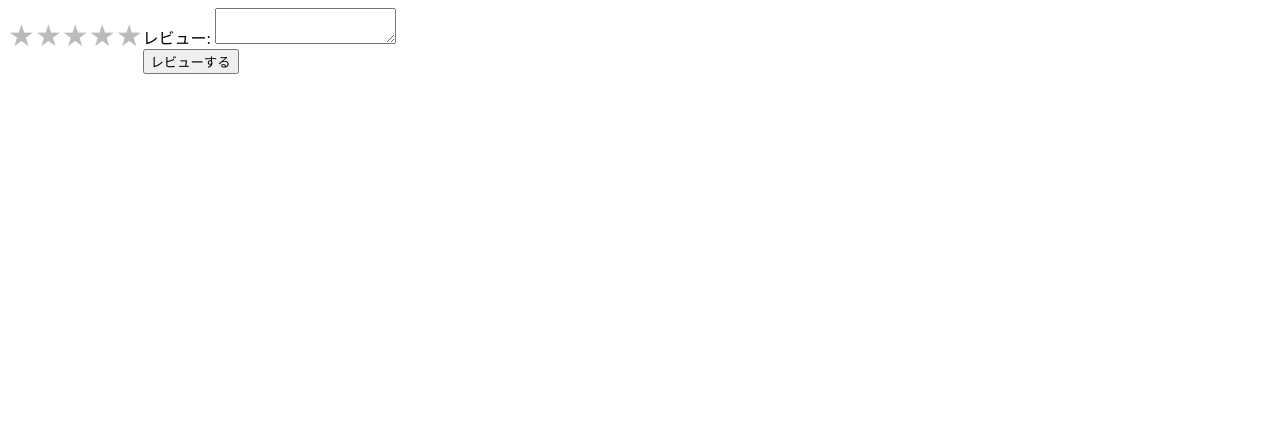
Repository: a4b3c2d1/backup
Page: http://localhost/sagaone-master/reviewChange.jsp
The author's editor kept a copy of each file at every save. The page is drawn from the files as they stood at one save, then again after the next save.
The browser window is 1280 px wide. The pictures show the whole page.
The page is served by Tomcat 9. Other server files are loaded and not shown.

Above is the page before, as saved 2018-01-21 09:44:23.

### sagaone-master/WebContent/reviewChange.jsp
<%@ page language="java" contentType="text/html; charset=UTF-8"
	pageEncoding="UTF-8"%>
<%@ taglib prefix="s" uri="/struts-tags"%>
<!DOCTYPE html PUBLIC "-//W3C//DTD HTML 4.01 Transitional//EN" "http://www.w3.org/TR/html4/loose.dtd">
<html>
<head>
<meta http-equiv="Content-Type" content="text/html; charset=UTF-8">
<meta http-equiv="Content-Style-Type" content="text/css" />
<title>レビュー変更</title>
</head>
<style type="text/css">
.hyouka {
	float: left;
	display: -ms-flex;
	display: -webkit-flex;
	display: -moz-flex;
	display: -o-flex;
	display: flex;
	flex-direction: -ms-row-reverse;
	flex-direction: -webkit-row-reverse;
	flex-direction: -moz-row-reverse;
	flex-direction: -o-row-reverse;
	flex-direction: row-reverse;
	justify-content: -ms-right;
	justify-content: -webkit-right;
	justify-content: -moz-right;
	justify-content: -o-right;
	justify-content: right;
}

.hyouka input[type='radio'] {
	display: none;
}

.hyouka input[type='radio'] {
	display: none;
}

.hyouka label {
	position: relative;
	padding: 10px 0px 20px 0px;
	color: #bbb;
	cursor: pointer;
	font-size: 30px;
}

.hyouka label:hover, .hyouka label:hover ~ label, .hyouka input[type='radio']:checked
	 ~ label {
	color: #faee2e;
}
</style>
<body>
	<s:if test="reviewErrormessage !=''">
		<s:property value="reviewErrormessage" escape="false" />

	</s:if>
	<s:form action="ReviewChangeConfirmAction">


		<div class="hyouka">

			<input id="hoshi1" type="radio" name="value" value="5" /> <label
				for="hoshi1">★</label> <input id="hoshi2" type="radio" name="value"
				value="4" /> <label for="hoshi2">★</label> <input id="hoshi3"
				type="radio" name="value" value="3" /> <label for="hoshi3">★</label>
			<input id="hoshi4" type="radio" name="value" value="2" /> <label
				for="hoshi4">★</label> <input id="hoshi5" type="radio" name="value"
				value="1" /> <label for="hoshi5">★</label> <input type="radio"
				name="value" value="" checked="checked" style="display: none;" />
		</div>
	レビュー:
	<s:textarea name="review" />
		<br>
		<s:submit value="レビューする" />
	</s:form>
	<s:iterator value="#session.itemdetailDTOList">
		<s:form action="ReviewAction">

				<input type="hidden" name="product_id"
					value="<s:property value='session.review_product_id' />"></input>
				<input type="hidden" name="category_id"
					value="<s:property value='session.review_category_id' />"></input>
				<s:submit value="戻る"></s:submit>

		</s:form>
	</s:iterator>
</body>
</html>

After the next save:
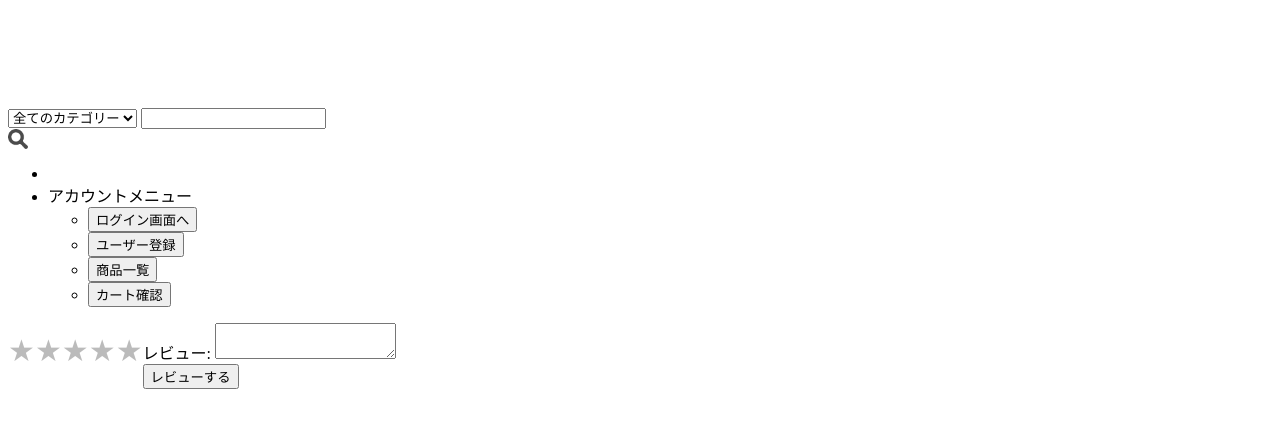
Saved 61 s later.
--- a/sagaone-master/WebContent/reviewChange.jsp
+++ b/sagaone-master/WebContent/reviewChange.jsp
@@ -50,6 +50,90 @@
 }
 </style>
 <body>
+	<header>
+
+	<div id="main-logo">
+		<img src="./css/sagaone_logo.png" height="100px">
+	</div>
+
+	<div id="search-form">
+
+		<s:form action="SearchItemAction">
+			<div id="search-box">
+				<select name="itemCategory" id="category">
+					<option value="0">全てのカテゴリー</option>
+					<option value="1">本</option>
+					<option value="2">家電・パソコン</option>
+					<option value="3">おもちゃ・ゲーム</option>
+				</select> <input type="text" name="searchWord" id="search" />
+			</div>
+			<div class="search-btn">
+				<input type="image" src="./css/searchIcon.png" width="20"
+					height="20" class="icon" />
+			</div>
+		</s:form>
+	</div>
+
+	<div id="header-container">
+
+		<ul id="normal" class="dropmenu">
+
+			<li><s:if test="session.loginUserId != null">
+					<s:property value="#session.loginUserId" />でログイン中
+					</s:if></li>
+
+			<li>アカウントメニュー
+				<ul>
+					<s:if test="session.loginUserId != null">
+						<li><s:form action="MyPageAction">
+								<s:submit value="マイページ" cssClass="b-btn" />
+							</s:form></li>
+					</s:if>
+
+					<s:if test="session == null">
+						<li><s:form action="LoginPageAction">
+								<s:submit value="ログイン画面へ" cssClass="b-btn" />
+							</s:form></li>
+					</s:if>
+
+					<s:if test="session.loginUser == null">
+						<li><s:form action="LoginPageAction">
+								<s:submit value="ログイン画面へ" cssClass="b-btn" />
+							</s:form></li>
+					</s:if>
+
+					<s:if test="session.loginUser != null">
+						<li><s:form action="LogoutAction">
+								<s:submit value="ログアウト" cssClass="b-btn" />
+							</s:form></li>
+					</s:if>
+
+					<li><s:form action="UserCreateAction">
+							<s:submit value="ユーザー登録" cssClass="b-btn" />
+						</s:form></li>
+
+					<li><s:form action="ItemAction">
+							<s:hidden name="offset" value="0"></s:hidden>
+							<s:submit value="商品一覧" cssClass="b-btn" />
+						</s:form></li>
+
+					<li><s:form action="CartAction">
+							<s:hidden name="cartFlg" value="1"></s:hidden>
+							<s:submit value="カート確認" cssClass="b-btn" />
+						</s:form></li>
+
+					<s:if test="session.loginUser != null">
+						<li><s:form action="PaymentAction">
+								<s:submit value="決済" cssClass="b-btn" />
+							</s:form></li>
+					</s:if>
+				</ul>
+			</li>
+		</ul>
+	</div>
+
+
+	</header>
 	<s:if test="reviewErrormessage !=''">
 		<s:property value="reviewErrormessage" escape="false" />
 
@@ -76,11 +160,11 @@
 	<s:iterator value="#session.itemdetailDTOList">
 		<s:form action="ReviewAction">
 
-				<input type="hidden" name="product_id"
-					value="<s:property value='session.review_product_id' />"></input>
-				<input type="hidden" name="category_id"
-					value="<s:property value='session.review_category_id' />"></input>
-				<s:submit value="戻る"></s:submit>
+			<input type="hidden" name="product_id"
+				value="<s:property value='session.review_product_id' />"></input>
+			<input type="hidden" name="category_id"
+				value="<s:property value='session.review_category_id' />"></input>
+			<s:submit value="戻る"></s:submit>
 
 		</s:form>
 	</s:iterator>
